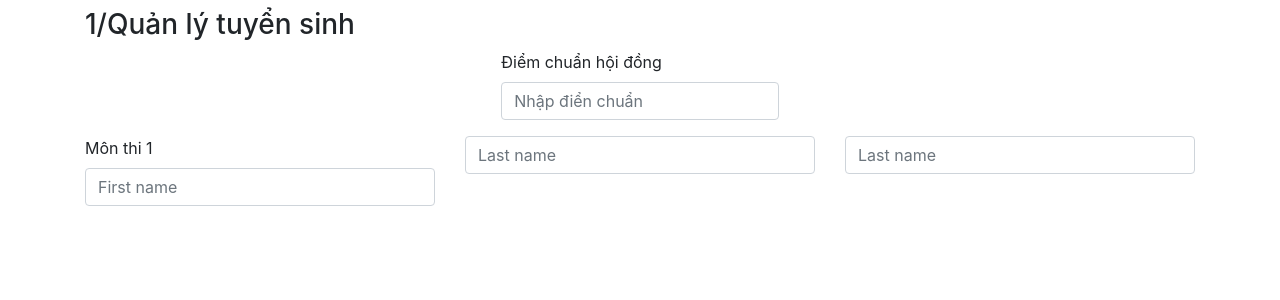
Repository: baobaodeveloper/bootcamp21__jsbasic4_HuynhAnhBao
Page: index.html
The author's editor kept a copy of each file at every save. The page is drawn from the files as they stood at one save, then again after the next save.
The browser window is 1280 px wide. The pictures show the whole page.

Above is the page before, as saved 2022-03-13 17:33:54.

### index.html
<!DOCTYPE html>
<html lang="en">
  <head>
    <title>Exercise3</title>
    <!-- Required meta tags -->
    <meta charset="utf-8" />
    <meta
      name="viewport"
      content="width=device-width, initial-scale=1, shrink-to-fit=no"
    />

    <!-- Bootstrap CSS -->
    <link
      rel="stylesheet"
      href="https://stackpath.bootstrapcdn.com/bootstrap/4.3.1/css/bootstrap.min.css"
      integrity="sha384-ggOyR0iXCbMQv3Xipma34MD+dH/1fQ784/j6cY/iJTQUOhcWr7x9JvoRxT2MZw1T"
      crossorigin="anonymous"
    />
  </head>
  <body>
    <!-- 1/Quản lý tuyển sinh -->
    <div class="container mt-2">
      <h3>1/Quản lý tuyển sinh</h3>

      <div class="mb-3 w-25 m-auto">
        <label for="exampleFormControlInput1" class="score"
          >Điểm chuẩn hội đồng</label
        >
        <input
          type="email"
          class="form-control"
          id="exampleFormControlInput1"
          placeholder="Nhập điển chuẩn"
        />
      </div>

      <div class="row mt-3">
        <div class="col">
          <label class="score">Môn thi 1</label>
          <input type="text" class="form-control" placeholder="First name" />
        </div>
        <div class="col">
          <input type="text" class="form-control" placeholder="Last name" />
        </div>
        <div class="col">
          <input type="text" class="form-control" placeholder="Last name" />
        </div>
      </div>
    </div>
    <!-- Optional JavaScript -->
    <!-- jQuery first, then Popper.js, then Bootstrap JS -->
    <script
      src="https://code.jquery.com/jquery-3.3.1.slim.min.js"
      integrity="sha384-q8i/X+965DzO0rT7abK41JStQIAqVgRVzpbzo5smXKp4YfRvH+8abtTE1Pi6jizo"
      crossorigin="anonymous"
    ></script>
    <script
      src="https://cdnjs.cloudflare.com/ajax/libs/popper.js/1.14.7/umd/popper.min.js"
      integrity="sha384-UO2eT0CpHqdSJQ6hJty5KVphtPhzWj9WO1clHTMGa3JDZwrnQq4sF86dIHNDz0W1"
      crossorigin="anonymous"
    ></script>
    <script
      src="https://stackpath.bootstrapcdn.com/bootstrap/4.3.1/js/bootstrap.min.js"
      integrity="sha384-JjSmVgyd0p3pXB1rRibZUAYoIIy6OrQ6VrjIEaFf/nJGzIxFDsf4x0xIM+B07jRM"
      crossorigin="anonymous"
    ></script>

    <script src="exercise1.js"></script>
  </body>
</html>

Loaded but not shown: exercise1.js (no stored copy; drawn as an empty file)

After the next save:
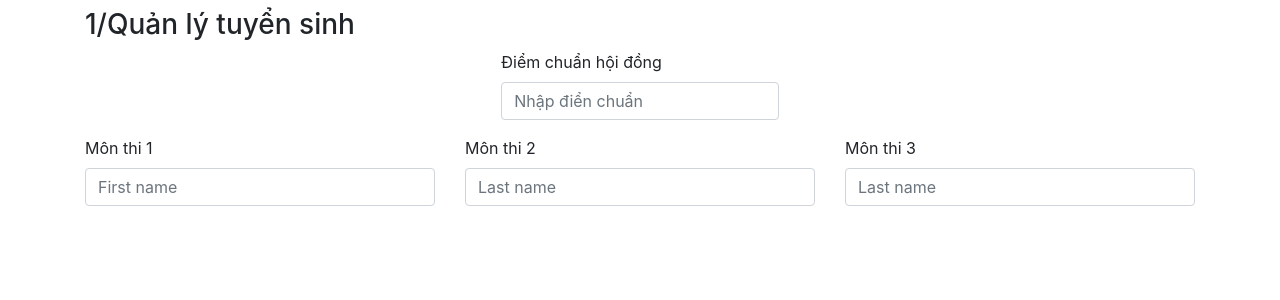
Saved 25 s later.
--- a/index.html
+++ b/index.html
@@ -40,9 +40,11 @@
           <input type="text" class="form-control" placeholder="First name" />
         </div>
         <div class="col">
+          <label class="score">Môn thi 2</label>
           <input type="text" class="form-control" placeholder="Last name" />
         </div>
         <div class="col">
+          <label class="score">Môn thi 3</label>
           <input type="text" class="form-control" placeholder="Last name" />
         </div>
       </div>
